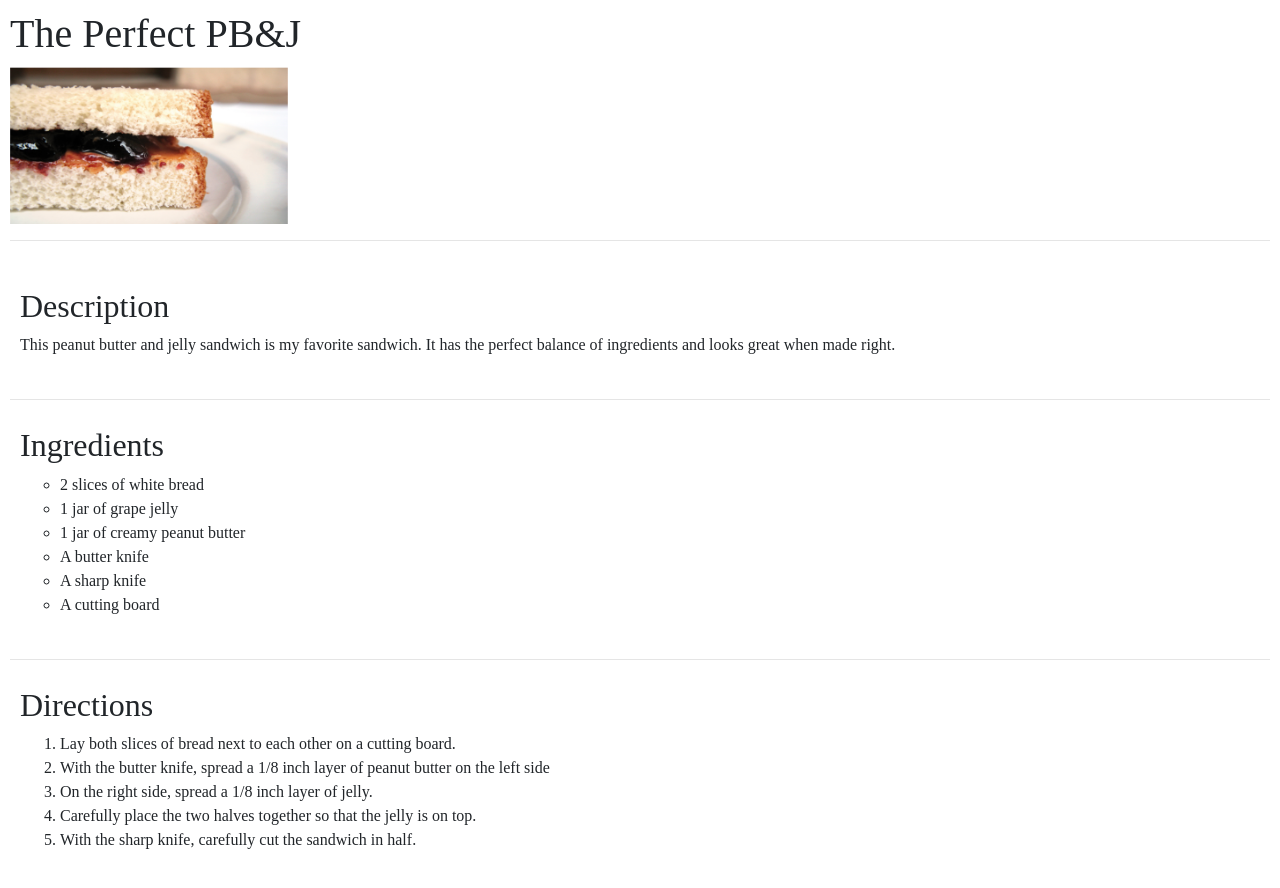
Repository: 9-5-pursuit/lab-intro-to-html
Page: recipe.html
These files come from the project's save history. The page is drawn as it stood at one moment and after the next save; the edit follows.
The browser window is 1280 px wide. The pictures show the whole page.

Above is the page before, as saved 2023-02-28 09:13:03.

After the next save:
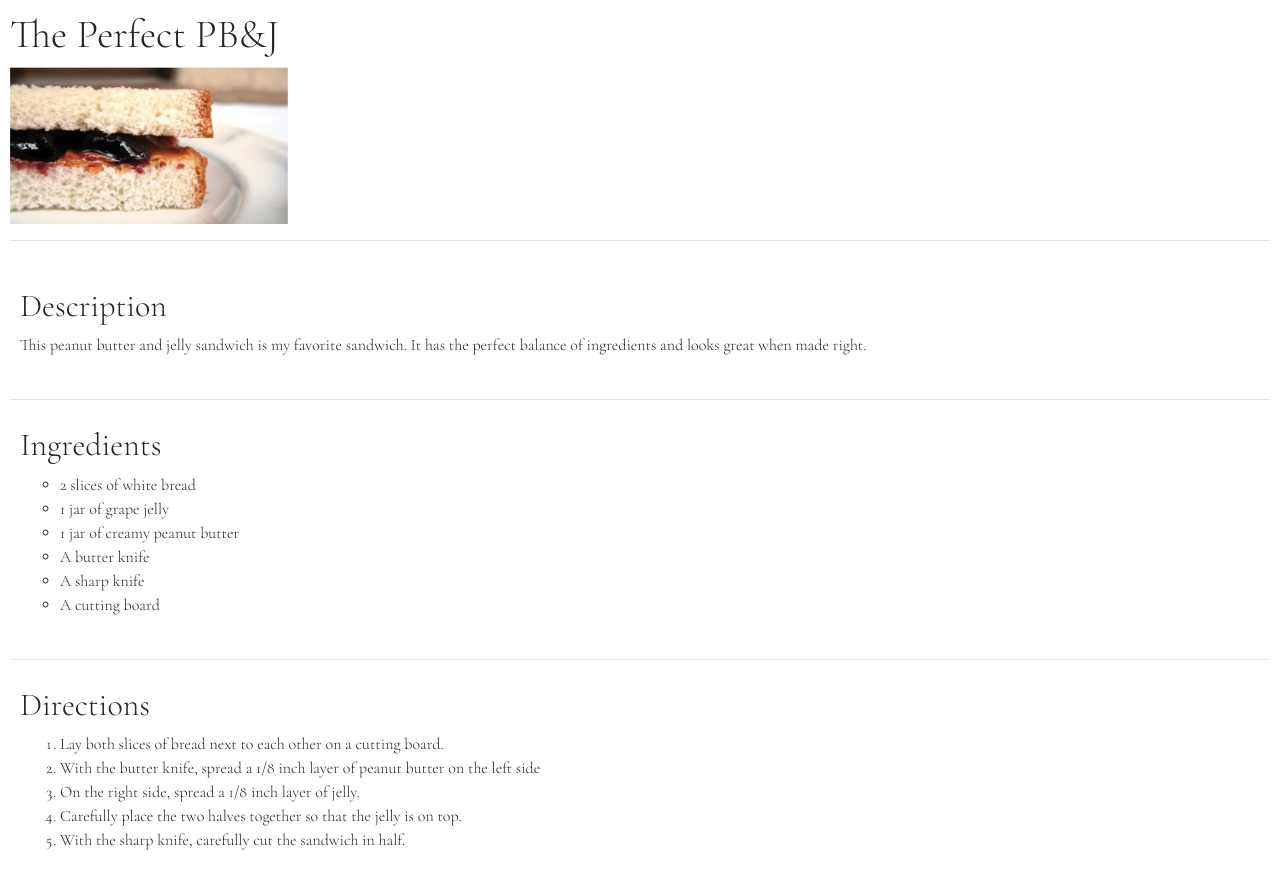
Saved 24 s later.
--- a/recipe.html
+++ b/recipe.html
@@ -17,7 +17,7 @@
             padding: 10px;
         }
         body {
-            font-family: "Trirong", serif;
+            font-family: 'Cormorant Garamond', serif;
         }
     </style>
   </head>
